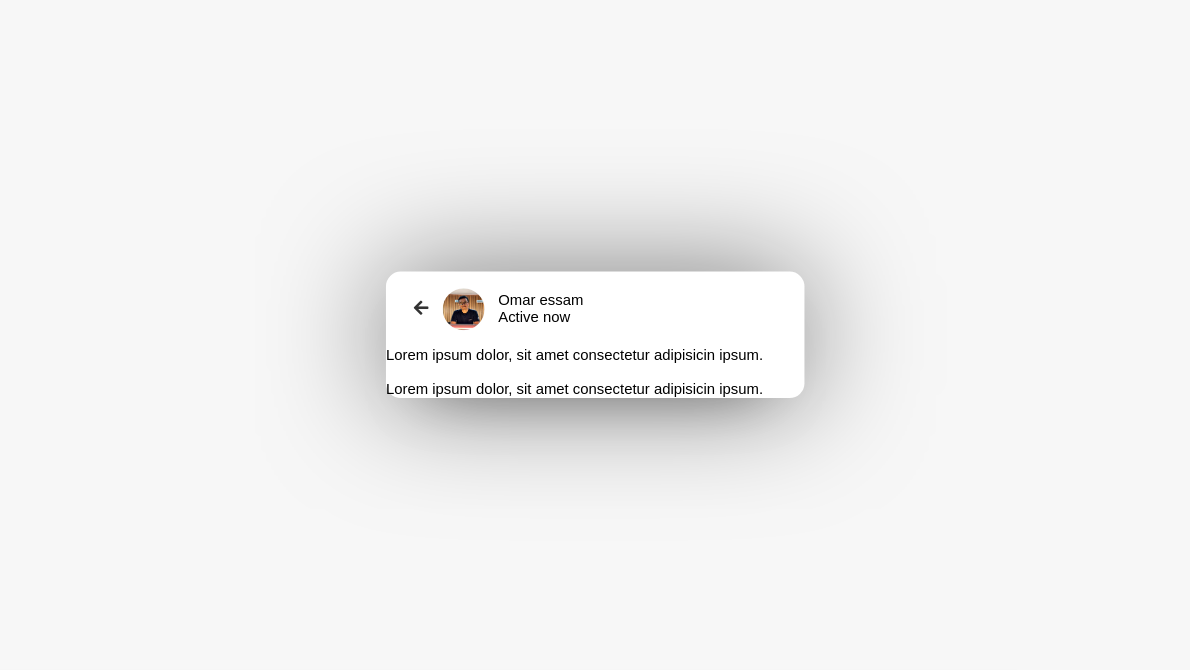
Repository: OmarEssameldinMousa/Chat-Application
Page: chat.html
The author's editor kept a copy of each file at every save. The page is drawn from the files as they stood at one save, then again after the next save.
The browser window is 1280 px wide. The pictures show the whole page, at 93% of full size.

Above is the page before, as saved 2023-09-22 22:15:24.

After the next save:
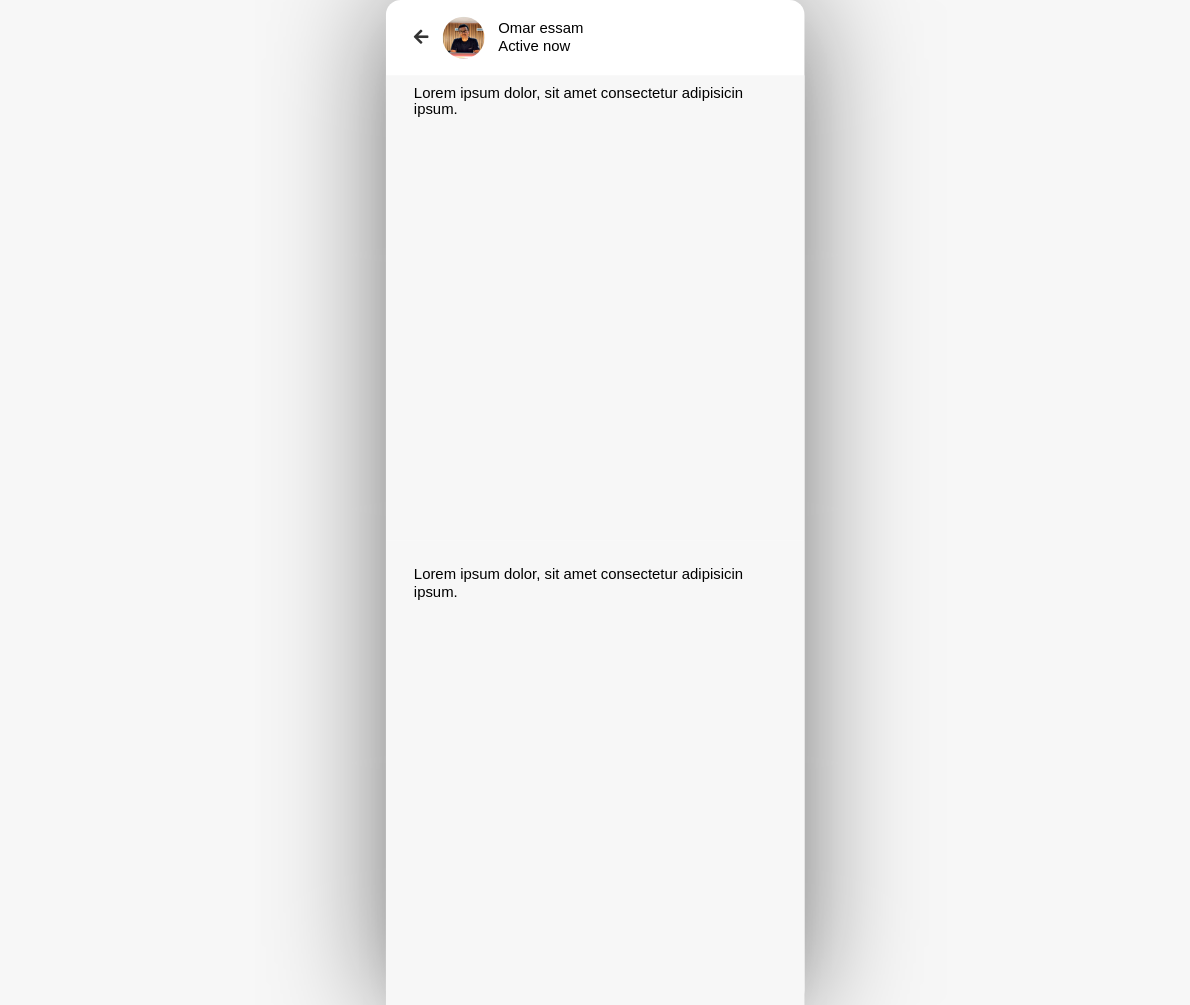
Saved 33 s later.
--- a/chat.html
+++ b/chat.html
@@ -22,7 +22,7 @@
                 </div>
             </header>
 
-            <div class="Chat-box">
+            <div class="chat-box">
                 <div class="chat outgoing">
                     <div class="details">
                         <p>Lorem ipsum dolor, sit amet consectetur adipisicin ipsum.</p>
@@ -30,7 +30,7 @@
                 </div>
             </div>
 
-            <div class="Chat-box">
+            <div class="chat-box">
                 <div class="chat incoming">
                     <img src="" alt="">
                     <div class="details">
